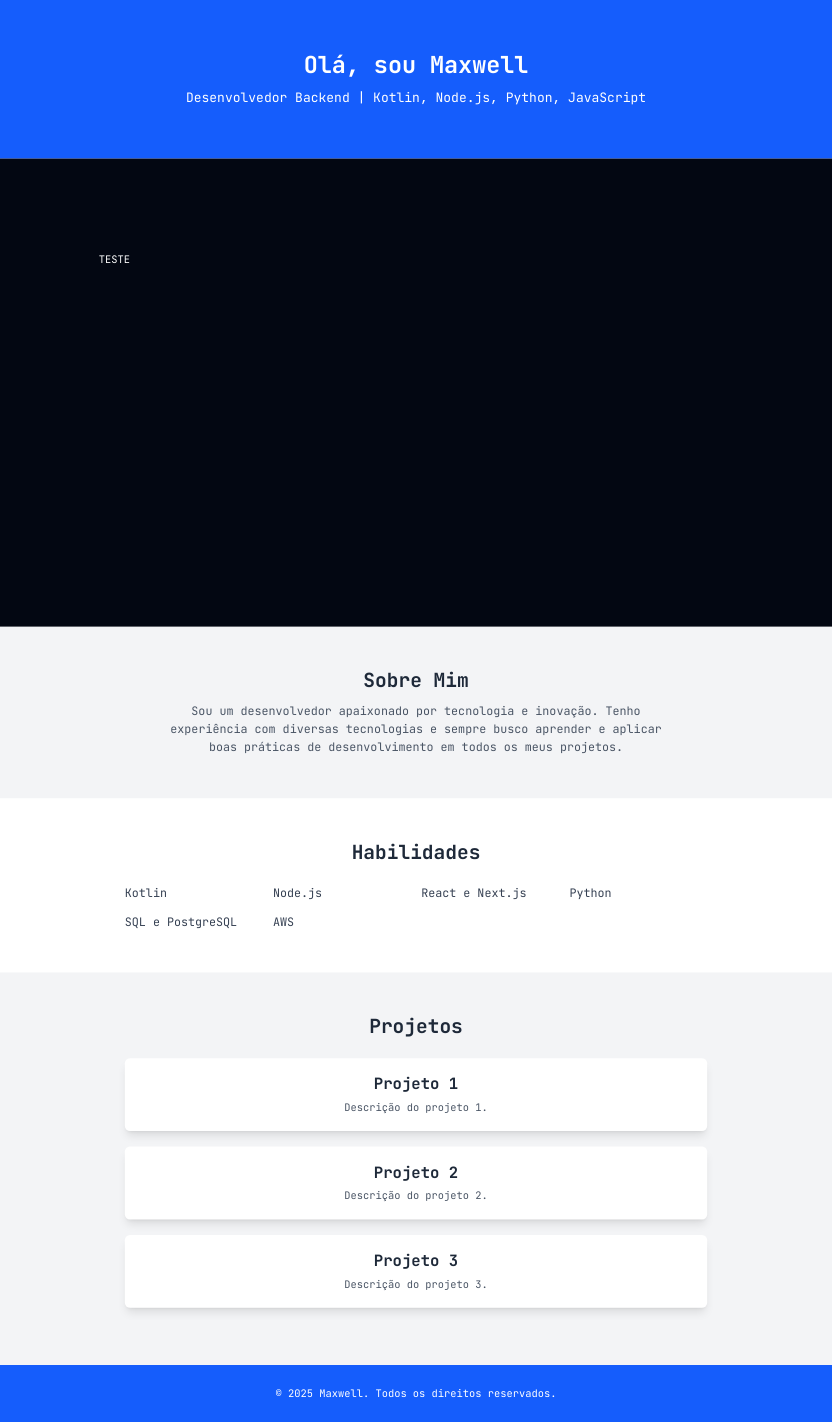
Repository: maxwelllbarboza/pagina-pessoal
Page: /
The author's editor kept a copy of each file at every save. The page is drawn from the files as they stood at one save, then again after a run of saves.
The browser window is 1280 px wide. The pictures show the whole page, at 65% of full size.
The project was rebuilt for these pictures with package versions that can differ from the ones it lists, and the page was loaded fresh each time. The framework's server and built-in components were replaced by stand-ins that run in the browser. Also part of the build but not shown: next.config.mjs, next.config.ts.

Above is the page before, as saved 2025-02-27 11:04:11.

### src/app/layout.tsx
import * as React from 'react';
import {JetBrains_Mono} from "next/font/google"
import './globals.css'

const jetBrainsMono = JetBrains_Mono({
  subsets: ["latin"],
  weight: ["400", "700"],
  variable: "--font-jetbrains-mono"
})

export default function RootLayout({
  children,
}: Readonly<{
  children: React.ReactNode;
}>) {
  return (
    <html lang="en">
      <body className={jetBrainsMono.className}>
        <main className="min-h-screen">
          {children}
        </main>
      </body>
    </html>
  );
}

### src/app/page.tsx
import SobreMim from "@/components/sobremim/SobreMim";
import Head from "next/head";

const skills = ['Kotlin', 'Node.js', 'Python', 'React', 'Next.js', 'AWS', 'SQL'];

const projects = [
  { title: 'Sistema de Frete', description: 'Gerenciamento de transportes e pagamentos.', image: '/frete.png' },
  { title: 'Naval Battle Game', description: 'Jogo de batalha naval interativo.', image: '/naval.png' },
  { title: 'Sistema de Estoque', description: 'Gestão de bebidas e inventário.', image: '/estoque.png' }
];

export default function Home() {
  return (
    <div className="bg-gray-100 min-h-screen">
    <Head>
      <title>Portfólio de Maxwell</title>
      <meta name="description" content="Portfólio pessoal de Maxwell" />
      <link rel="icon" href="/favicon.ico" />
    </Head>

    {/* Header */}
    <header className="bg-blue-600 text-white text-center py-20">
      <h1 className="text-4xl font-bold">Olá, sou Maxwell</h1>
      <p className="text-xl mt-4">Desenvolvedor Backend | Kotlin, Node.js, Python, JavaScript</p>
    </header>

    {/* Sobre mim */}
    <SobreMim/>
    <section className="py-16 text-center">
      <h2 className="text-3xl font-semibold text-gray-800">Sobre Mim</h2>
      <p className="mt-4 text-lg text-gray-600 max-w-3xl mx-auto">
        Sou um desenvolvedor apaixonado por tecnologia e inovação. Tenho experiência com diversas tecnologias e sempre busco aprender e aplicar boas práticas de desenvolvimento em todos os meus projetos.
      </p>
    </section>

    {/* Habilidades */}
    <section className="bg-white py-16">
      <h2 className="text-3xl font-semibold text-center text-gray-800">Habilidades</h2>
      <ul className="mt-8 grid grid-cols-2 sm:grid-cols-3 md:grid-cols-4 gap-4 max-w-4xl mx-auto">
        <li className="text-lg text-gray-700">Kotlin</li>
        <li className="text-lg text-gray-700">Node.js</li>
        <li className="text-lg text-gray-700">React e Next.js</li>
        <li className="text-lg text-gray-700">Python</li>
        <li className="text-lg text-gray-700">SQL e PostgreSQL</li>
        <li className="text-lg text-gray-700">AWS</li>
      </ul>
    </section>

    {/* Projetos */}
    <section className="py-16 text-center">
      <h2 className="text-3xl font-semibold text-gray-800">Projetos</h2>
      <div className="mt-8 max-w-4xl mx-auto">
        <div className="bg-white p-6 mb-6 shadow-lg rounded-lg">
          <h3 className="text-2xl font-semibold text-gray-800">Projeto 1</h3>
          <p className="mt-2 text-gray-600">Descrição do projeto 1.</p>
        </div>
        <div className="bg-white p-6 mb-6 shadow-lg rounded-lg">
          <h3 className="text-2xl font-semibold text-gray-800">Projeto 2</h3>
          <p className="mt-2 text-gray-600">Descrição do projeto 2.</p>
        </div>
        <div className="bg-white p-6 mb-6 shadow-lg rounded-lg">
          <h3 className="text-2xl font-semibold text-gray-800">Projeto 3</h3>
          <p className="mt-2 text-gray-600">Descrição do projeto 3.</p>
        </div>
      </div>
    </section>

    {/* Footer */}
    <footer className="bg-blue-600 text-white text-center py-8">
      <p>&copy; 2025 Maxwell. Todos os direitos reservados.</p>
    </footer>
  </div>

  );
}

### src/components/sobremim/SobreMim.tsx
'use client'
import { animate, motion } from "framer-motion"

export default function SobreMim(){
    return(
        <section className="min-h-screen bg-gray-950 text-white pt-20">
            <div className="max-w-5xl mx-auto px-6 py-12">
                <div className="flex flex-col-reverse lg:flex-row items-center
                justify-between gap-8 lg:gap-16">
                    <motion.div
                    initial={{opacity: 0, y:20}}
                    animate={{opacity: 1, y:0}}
                    transition={{duration: 0.5}}
                    >
                        <span className="text-gray-400 mb-4 block text lg:text-left"></span>
                        <h1 className="text-5xl font-bold mb-4 text-center lg:text-left">

                        </h1>
                        TESTE
                    </motion.div>
                </div>
            </div>
        </section>
    )
}

Loaded but not shown: src/app/globals.css (common file)

After the next 3 saves:
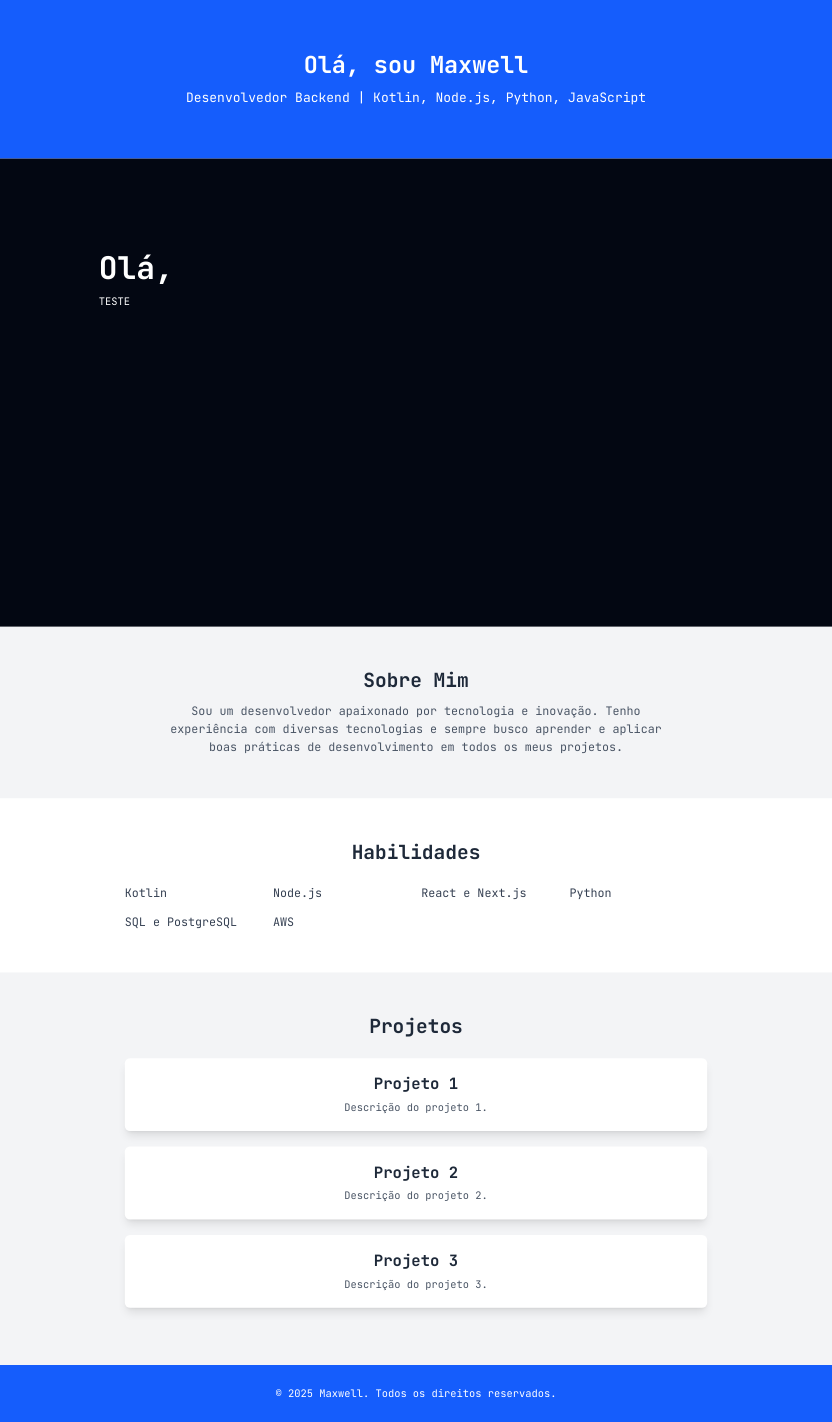
The 3 saves are shown as one change because they came seconds apart.
The last was saved 8 s later.
--- a/src/components/sobremim/SobreMim.tsx
+++ b/src/components/sobremim/SobreMim.tsx
@@ -14,7 +14,7 @@
                     >
                         <span className="text-gray-400 mb-4 block text lg:text-left"></span>
                         <h1 className="text-5xl font-bold mb-4 text-center lg:text-left">
-
+                            Olá,
                         </h1>
                         TESTE
                     </motion.div>
